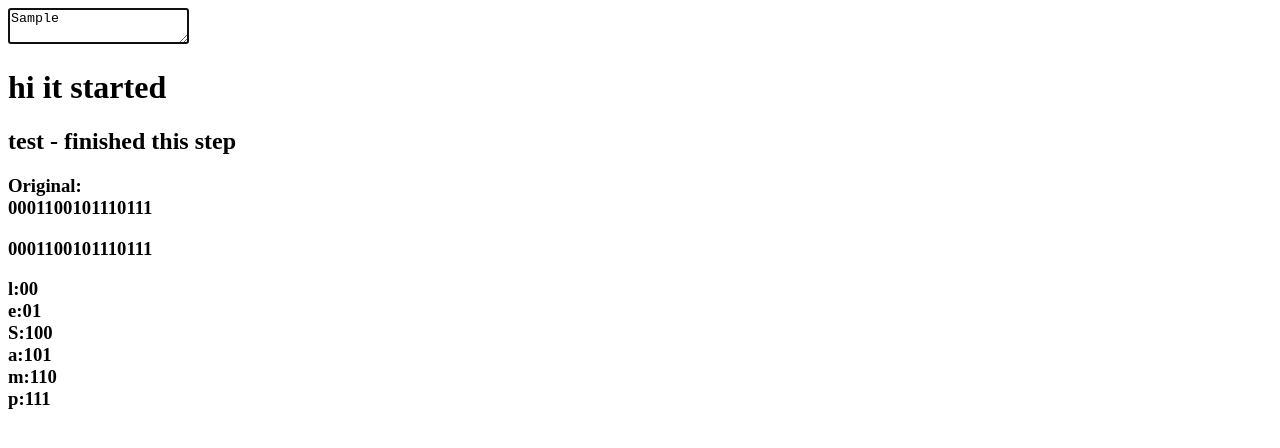
Repository: rdass1/HuffmanCoding-Decoding
Page: index.html
An editor plug-in stored every save of this project. The page is shown before and after the next save, followed by the edit.
The browser window is 1280 px wide. The pictures show the whole page.
Empty fields were first filled with sample values (such as "Sample", 5 or name@example.com).
After loading, the first visible `#encoderInput` was changed once.

Above is the page before, as saved 2021-11-27 01:29:49.
Console error: TypeError: Cannot read properties of null (reading 'c')

### index.html
<!DOCTYPE html>
<html>
<head>
    <meta charset="UTF-8">
    <meta name="viewport" content="width=device-width, initial-scale=1.0">
    <meta http-equiv="X-UA-Compatible" content="ie=edge">
    <title>HuffmanCoding-Decoding</title>
    <link rel="stylesheet" href="style.css">

</head>
<body>

    <textarea type="text" id="encoderInput" placeholder="type text here e.g 'Mississippi river'" autofocus></textarea>
    <h1>hi it started</h1>
    <h2>test - finished this step</h2>
    <h3 id="charCodesInOrder">Original:<br></h3>
    <h3 id="charCodes">Sorted:<br></h3>
    <h3 id="charCodesVerbose"></h3>
    <canvas></canvas>






    <script src="https://d3js.org/d3.v7.min.js"></script>
    <script src="./javascript/huffmanNode.js"></script>
    <script src="./javascript/draw.js"></script>
    <script src="./javascript/updater.js"></script>
    <script src="./javascript/index.js"></script>
</body>
</html>

### javascript/huffmanNode.js
class HuffmanNode{
    constructor(){
        this.data = 0;
        this.c = '';
        this.code = '';
        this.left = null;
        this.right = null;
    }
}

function HuffmanCoding(){

}
HuffmanCoding.prototype = {
    createTree: function(string){
        var sortedFrequency = sortFrequency(frequency(string));
        print(sortedFrequency);

        var charArray = [];
        var charFreq = [];

        sortedFrequency.forEach(x => charArray.push(x[0]));
        sortedFrequency.forEach(x => charFreq.push(x[1]));

        let n = charArray.length;
        let queue = [];



        for(var i = 0; i < n; i++){
            let huffNode = new HuffmanNode();
            huffNode.c = charArray[i];
            huffNode.data = charFreq[i];
            huffNode.left = null;
            huffNode.right = null;
            queue.push(huffNode);

        }

        var root = null;
        queue.sort(function(a,b){return a.data-b.data});

        while(queue.length>1){
            var x = queue[0];
            queue.shift();
            var y = queue[0];
            queue.shift();
            var f = new HuffmanNode();
            f.data = x.data + y.data;
            f.c = '-';
            f.left = x;
            f.right = y;
            root = f;
            queue.push(f);
            queue.sort(function(a,b){return a.data-b.data});
        }
        return root;
    },
    //returns a tree node that has matching c value
    //!Inefficient Linear Code
    searchTreeNode: function(root,key){
        if (root.c == key || root == null){
            return root;
        }
        this.searchTreeNode(root.left,key);
        this.searchTreeNode(root.right,key);

    },
    printCode: function(root, s){
        if(root == null){
            return;
        }
        if (root.left == null && root.right == null ){
            root.code += s;
            for(var i = 0; i < root.data;i++){
                document.getElementById("charCodesInOrder").innerHTML += root.code;
            }
            document.getElementById("charCodesVerbose").innerHTML +=root.c + ":" + s+"<br>";
            return;
        }
        this.printCode(root.left,s+"0");
        this.printCode(root.right,s+"1");

    },
    printEncodedCode: function(root){
        if(root == null){
            return;
        }
        if (root.left == null && root.right == null){
            for(var i = 0; i < root.data;i++){
                document.getElementById("charCodes").innerHTML += root.code;
            }
            return;
        }
        this.printEncodedCode(root.left);
        this.printEncodedCode(root.right);

    },
    clearTable: function(){
        document.getElementById("charCodes").innerHTML = "";
        document.getElementById("charCodesVerbose").innerHTML = "";
    }
}

### javascript/draw.js

function drawGraph(HuffmanTable) {
    //parse data
    var list = [].concat(HuffmanTable),
        tableSize = HuffmanTable.length;

    while (list.length > 1) {
        var y = list.pop();
        var x = list.pop();
        var obj = {
            'value': x.value + y.value,
            'children': [x, y]
        }
        list.push(obj);
    }

    // Draw graph
    var margin = {
            top: 25,
            right: 5,
            bottom: 5,
            left: 5
        },
        width = (70 * tableSize) - margin.right - margin.left,
        height = (70 * tableSize) - margin.top - margin.bottom;

    var i = 0;

    var tree = d3.layout.tree().size([height, width]);
    var diagonal = d3.svg.diagonal().projection(function(d) {
        return [d.x, d.y];
    });
    var svg = d3.select("canvas").append("svg")
        .attr("width", width + margin.right + margin.left).attr("height", height + margin.top + margin.bottom)
        .append("g")
        .attr("transform", "translate(" + margin.left + "," + margin.top + ")");


    root = list.pop();

    var nodes = tree.nodes(root),
        links = tree.links(nodes);

    nodes.forEach(function(d) {
        d.y = d.depth * 70;
    });

    var gNode = svg.selectAll("g.node")
        .data(nodes, function(d) {
            return d.id || (d.id = ++i);
        });

    var nodeEnter = gNode.enter().append("g")
        .attr("class", "node")
        .attr("transform", function(d) {
            return "translate(" + d.x + "," + d.y + ")";
        });

    var circle = nodeEnter.append("circle")
        .attr("r", 0);

    circle.transition()
        .delay(function(d, i) {
            return i * 80;
        })
        .attr("r", 20)
        .style("fill", function(d, i) {
            return d.children || d._children ? '#FFE066' : '#fff';
        })
        .duration(1000)
        .ease('elastic');

    //Enter the char
    var charText = nodeEnter.append('text')
        .attr('y', 5)
        .attr("text-anchor", "middle")
        .style('font-size', function(d, i) {
            if (d.value.length > 14) {
                return 8;
            }

            return 12;
        });

    charText.transition()
        .delay(function(d, i) {
            return i * 90;
        })
        .text(function(d) {
            return d.value;
        });

    //Enter the code & frequency
    var codeText = nodeEnter.append('text')
        .attr("y", 40)
        .attr("id", "code")
        .attr("text-anchor", "middle")
        .style('display', 'none')
        .style('font-size', function(d, i) {
            if (d.code) {
                if (d.code.length > 14) {
                    return 8;
                }
            }
            return 11;
        })
        .style('font-weight', 'normal')
        .text(function(d, i) {
            return d.code;
        })

    gNode.on('mouseover', function() {
        d3.select(this).select('#code')
            .style('display', 'block');

    }).on('mouseout', function() {
        d3.select(this).select('#code')
            .style('display', 'none');
    })

    //Enter the path code  0/1
    var pathText = nodeEnter.append('text')
        .attr("y", -30)
        .style('font-size', '10px');

    pathText.transition()
        .delay(function(d, i) {
            return i * 85;
        })
        .text(function(d) {
            return d.code ? d.code.substr(d.code.length - 1) : 1
        });


    //PATH
    var path = svg.selectAll("path.link")
        .data(links, function(d) {
            return d.target.id;
        });

    var pathT = path.enter().insert("path", "g")
        .attr("class", "link");

    pathT.transition()
        .delay(function(d, i) {
            return i * 85;
        })
        .attr("d", diagonal);
}

### javascript/updater.js
var huffmanCoding = new HuffmanCoding();



var encoder = document.getElementById('encoderInput');


encoder.addEventListener('input',
    function inputListener(e){

        var root = huffmanCoding.createTree(encoder.value);
        huffmanCoding.clearTable();

        huffmanCoding.printCode(root,"");
        huffmanCoding.printEncodedCode(root);

        //console.clear();
        print(root);
        print(huffmanCoding.searchTreeNode(root,'a'));
    }

);

### javascript/index.js




const print = (x) => console.log(x);



let frequency = (string) => {
    var freqDict = {}
    for (var i=0; i<string.length;i++) {
        var character = string.charAt(i);
        if (freqDict[character]) {
            freqDict[character]++;
        } else {
            freqDict[character] = 1;
        }
    }

    return freqDict;
}

let sortFrequency = (dict) => {
    var items = Object.keys(dict).map(function(key) {
        return [key, dict[key]];
    });

    items.sort(function(first, second){
        return  first[1] - second[1];
    });
    return items;
}





var string = "AAAAABBBBBBBBBCCCCCCCCCCCCDDDDDDDDDDDDDEEEEEEEEEEEEEEEEFFFFFFFFFFFFFFFFFFFFFFFFFFFFFFFFFFFFFFFFFFFFF";

// function run(string){

// }


function printCode(root,s){

}


// print(huffmanCoding.createTree(string));
// print(HuffmanCoding.createTree(string));
// printCode(root,"");

Loaded but not shown: style.css (no stored copy; drawn as an empty file)

After the next save:
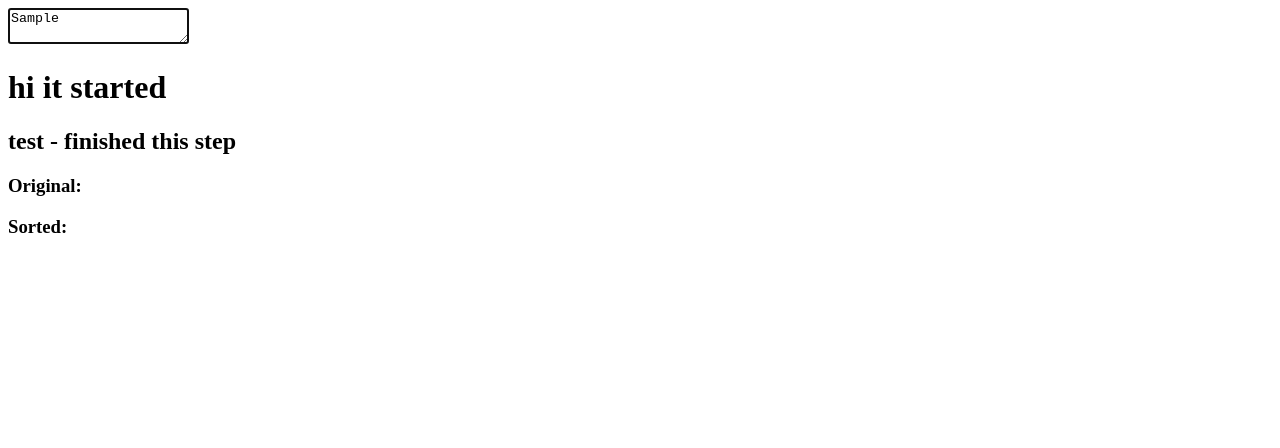
Console error: TypeError: Cannot read properties of undefined (reading 'data')
Saved 4 min 59 s later.
--- a/javascript/huffmanNode.js
+++ b/javascript/huffmanNode.js
@@ -40,7 +40,7 @@
         var root = null;
         queue.sort(function(a,b){return a.data-b.data});
 
-        while(queue.length>1){
+        while(queue.length>=1){
             var x = queue[0];
             queue.shift();
             var y = queue[0];

After the save that followed:
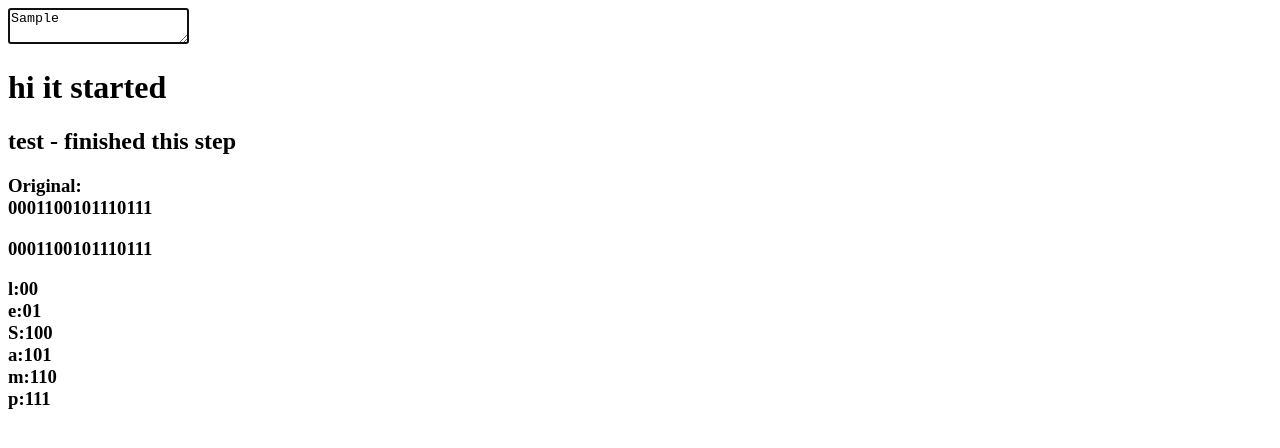
Console error: TypeError: Cannot read properties of null (reading 'c')
Saved 48 s later.
--- a/javascript/huffmanNode.js
+++ b/javascript/huffmanNode.js
@@ -40,7 +40,7 @@
         var root = null;
         queue.sort(function(a,b){return a.data-b.data});
 
-        while(queue.length>=1){
+        while(queue.length>1){
             var x = queue[0];
             queue.shift();
             var y = queue[0];
